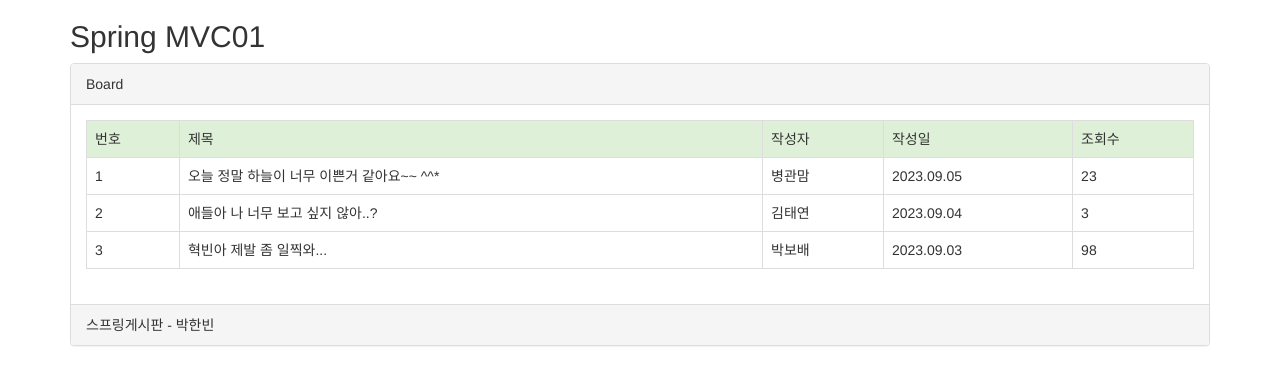
Repository: hanbinpark/Spring
Page: http://localhost/SpringMVC01/
The author's editor kept a copy of each file at every save. The page is drawn from the files as they stood at one save, then again after the next save.
The browser window is 1280 px wide. The pictures show the whole page.
The page is served by Tomcat 9. Other server files are loaded and not shown.

Above is the page before, as saved 2023-09-05 02:13:08.

### SpringMVC01/src/main/webapp/WEB-INF/views/boardList.jsp
<%@ page language="java" contentType="text/html; charset=UTF-8"
    pageEncoding="UTF-8"%>
<%@ taglib prefix="c" uri="http://java.sun.com/jsp/jstl/core" %>
<!DOCTYPE html>
<html>
<head>
<meta charset="UTF-8">
<title>Insert title here</title>
<link rel="stylesheet" href="https://maxcdn.bootstrapcdn.com/bootstrap/3.4.1/css/bootstrap.min.css">
<script src="https://ajax.googleapis.com/ajax/libs/jquery/3.6.4/jquery.min.js"></script>
<script src="https://maxcdn.bootstrapcdn.com/bootstrap/3.4.1/js/bootstrap.min.js"></script>
</head>
<body>
	<div class="container">
	  <h2>Spring MVC01</h2>
	  <div class="panel panel-default">
	    <div class="panel-heading">Board</div>
	    <div class="panel-body">
			<table class="table table-bordered table-hover">
				<tr class="success">
					<td>번호</td>
					<td>제목</td>
					<td>작성자</td>
					<td>작성일</td>
					<td>조회수</td>
				</tr>

				<tr>
					<td>1</td>
					<td>오늘 정말 하늘이 너무 이쁜거 같아요~~ ^^*</td>
					<td>병관맘</td>
					<td>2023.09.05</td>
					<td>23</td>
				</tr>
				<tr>
					<td>2</td>
					<td>애들아 나 너무 보고 싶지 않아..?</td>
					<td>김태연</td>
					<td>2023.09.04</td>
					<td>3</td>
				</tr>
				<tr>
					<td>3</td>
					<td>혁빈아 제발 좀 일찍와...</td>
					<td>박보배</td>
					<td>2023.09.03</td>
					<td>98</td>
				</tr>
			</table>
		</div>
	    <div class="panel-footer">스프링게시판 - 박한빈</div>
	  </div>
	</div>
</body>
</html>

After the next save:
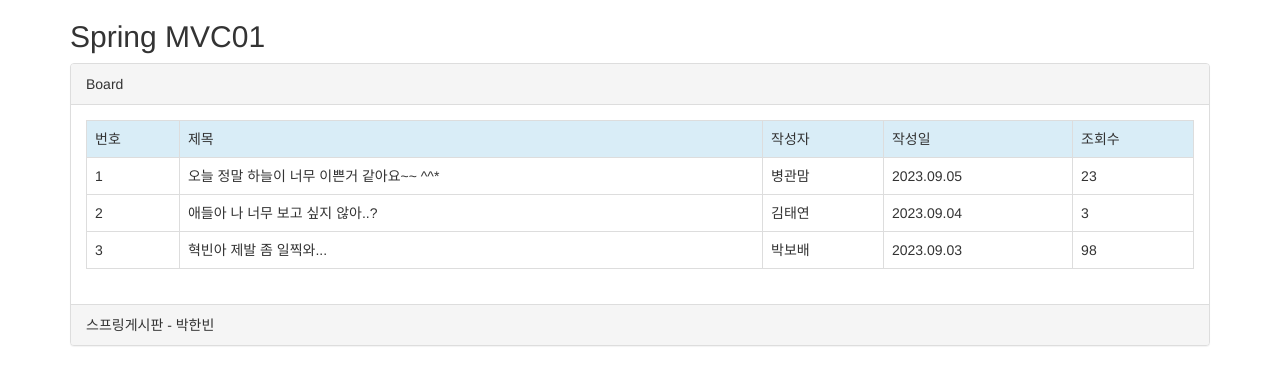
Saved 13 s later.
--- a/SpringMVC01/src/main/webapp/WEB-INF/views/boardList.jsp
+++ b/SpringMVC01/src/main/webapp/WEB-INF/views/boardList.jsp
@@ -17,7 +17,7 @@
 	    <div class="panel-heading">Board</div>
 	    <div class="panel-body">
 			<table class="table table-bordered table-hover">
-				<tr class="success">
+				<tr class="info">
 					<td>번호</td>
 					<td>제목</td>
 					<td>작성자</td>
